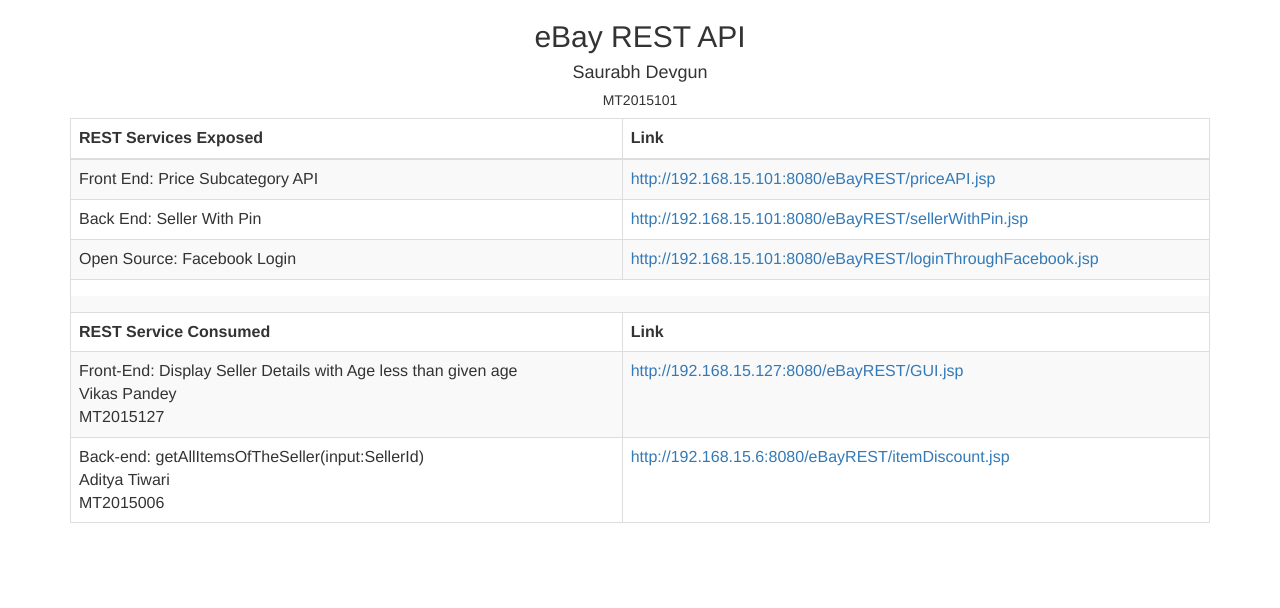
Repository: saurabh-devgun-iiitb/RESTProject
Page: http://localhost/eBayREST/
An editor plug-in stored every save of this project. The page is shown before and after the next save, followed by the edit.
The browser window is 1280 px wide. The pictures show the whole page.
The page is served by Tomcat 9. Other server files are loaded and not shown.

Above is the page before, as saved 2016-07-23 06:19:45.

### eBayREST/WebContent/index.jsp
<html>
<head>
  <meta name="viewport" content="width=device-width, initial-scale=1">
  <link rel="stylesheet" href="http://maxcdn.bootstrapcdn.com/bootstrap/3.3.6/css/bootstrap.min.css">
  <script src="https://ajax.googleapis.com/ajax/libs/jquery/1.12.4/jquery.min.js"></script>
  <script src="http://maxcdn.bootstrapcdn.com/bootstrap/3.3.6/js/bootstrap.min.js"></script>
</head>
<body>
	<div align="center">
	    <h2>eBay REST API</h2>
	    <h4>Saurabh Devgun</h4>
	    <h5>MT2015101</h5>
    </div>
    <div class = "container">
    <table class="table table-hover table-striped table-bordered">
      <thead>
        <tr>
          <th>REST Services Exposed</th>
          <th>Link</th>
        </tr>
      </thead>
      <tbody>
        <tr>
          <td>Front End: Price Subcategory API</td>
          <td><a href="priceAPI.jsp">http://192.168.15.101:8080/eBayREST/priceAPI.jsp</a></td>
        </tr>
        <tr>
          <td>Back End: Seller With Pin</td>
          <td><a href="sellerWithPin.jsp">http://192.168.15.101:8080/eBayREST/sellerWithPin.jsp</a></td>
        </tr>
        <tr>
          <td>Open Source: Facebook Login</td>
          <td><a href="loginThroughFacebook.jsp">http://192.168.15.101:8080/eBayREST/loginThroughFacebook.jsp</a></td>
        </tr>
        <tr>
        	<td colspan="2" style="border:0px"></td>
        </tr>
        <tr>
        	<td colspan="2" style="border:0px"></td>
        </tr>
        <tr>
          <th>REST Service Consumed</th>
          <th>Link</th>
        </tr>
        <tr>
          <td>Front-End: Display Seller Details with Age less than given age<br>Vikas Pandey<br>MT2015127</td>
          <td><a href="http://192.168.15.127:8080/eBayREST/GUI.jsp">http://192.168.15.127:8080/eBayREST/GUI.jsp</a></td>
        </tr>
        <tr>
          <td>Back-end: getAllItemsOfTheSeller(input:SellerId)<br>Aditya Tiwari<br>MT2015006</td>
          <td><a href="http://192.168.15.6:8080/eBayREST/itemDiscount.jsp">http://192.168.15.6:8080/eBayREST/itemDiscount.jsp</a></td>
        </tr>
      </tbody>
    </table>
    </div>
    <!-- <br><br><br><br>
    <div class="container">
    	<table class="table table-hover table-striped table-bordered">
      <thead>
        <tr>
          <th>REST Service Consumed</th>
          <th>Link</th>
        </tr>
      </thead>
      <tbody>
        <tr>
          <td>Front-End: Display Seller Details with Age less than given age<br>Vikas Pandey<br>MT2015127</td>
          <td><a href="http://192.168.15.127:8080/eBayREST/GUI.jsp">http://192.168.15.127:8080/eBayREST/GUI.jsp</a></td>
        </tr>
        <tr>
          <td>Back-end: getAllItemsOfTheSeller(input:SellerId)<br>Aditya Tiwari<br>MT2015006</td>
          <td><a href="http://192.168.15.6:8080/eBayREST/itemDiscount.jsp">http://192.168.15.6:8080/eBayREST/itemDiscount.jsp</a></td>
        </tr>
      </tbody>
    </table>
    </div> -->
    <!--
    <p><a href="priceAPI.jsp">Price API</a></p>
    <p><a href="loginThroughFacebook.jsp">Login through Facebook</a></p>
    <p><a href="sellerWithPin.jsp">Get Sellers In City with pin</a></p>
    -->
</body>
</html>

After the next save:
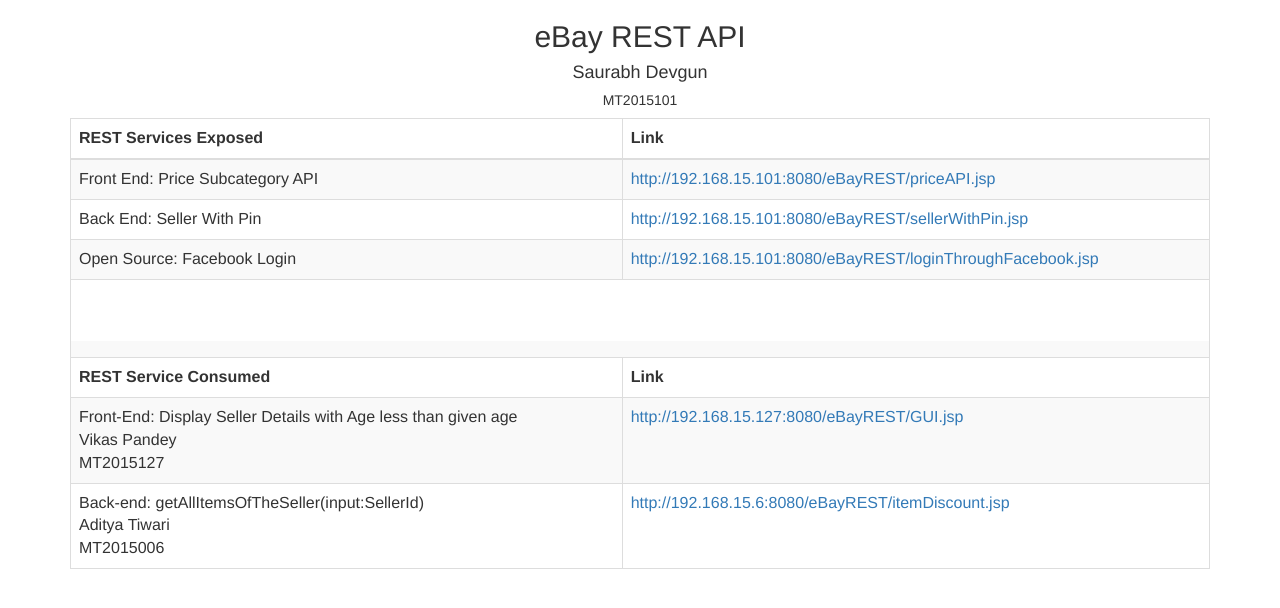
Saved 26 s later.
--- a/eBayREST/WebContent/index.jsp
+++ b/eBayREST/WebContent/index.jsp
@@ -33,7 +33,7 @@
           <td><a href="loginThroughFacebook.jsp">http://192.168.15.101:8080/eBayREST/loginThroughFacebook.jsp</a></td>
         </tr>
         <tr>
-        	<td colspan="2" style="border:0px"></td>
+        	<td colspan="2" style="border:0px"><br><br></td>
         </tr>
         <tr>
         	<td colspan="2" style="border:0px"></td>
